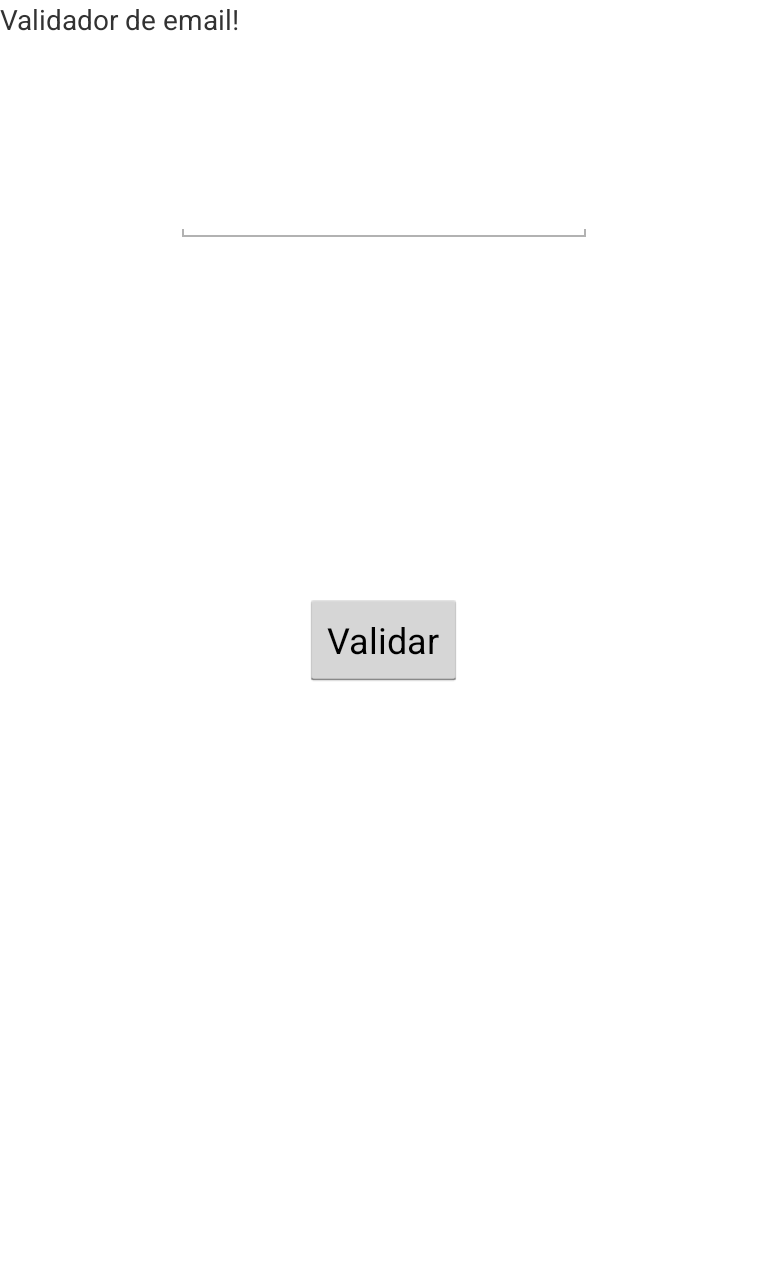
Repository: brownie-gt/SOA
Layout: Android/Validator/res/layout/activity_main.xml
The author's editor kept a copy of each file at every save. The layout is drawn from the files as they stood at one save, then again after the next save.
It is drawn on a 768 x 1280 px phone screen (xhdpi) without system bars, with theme AppTheme; the app's code is not run.

Above is the layout before, as saved 2014-05-18 13:54:31.

After the next save:
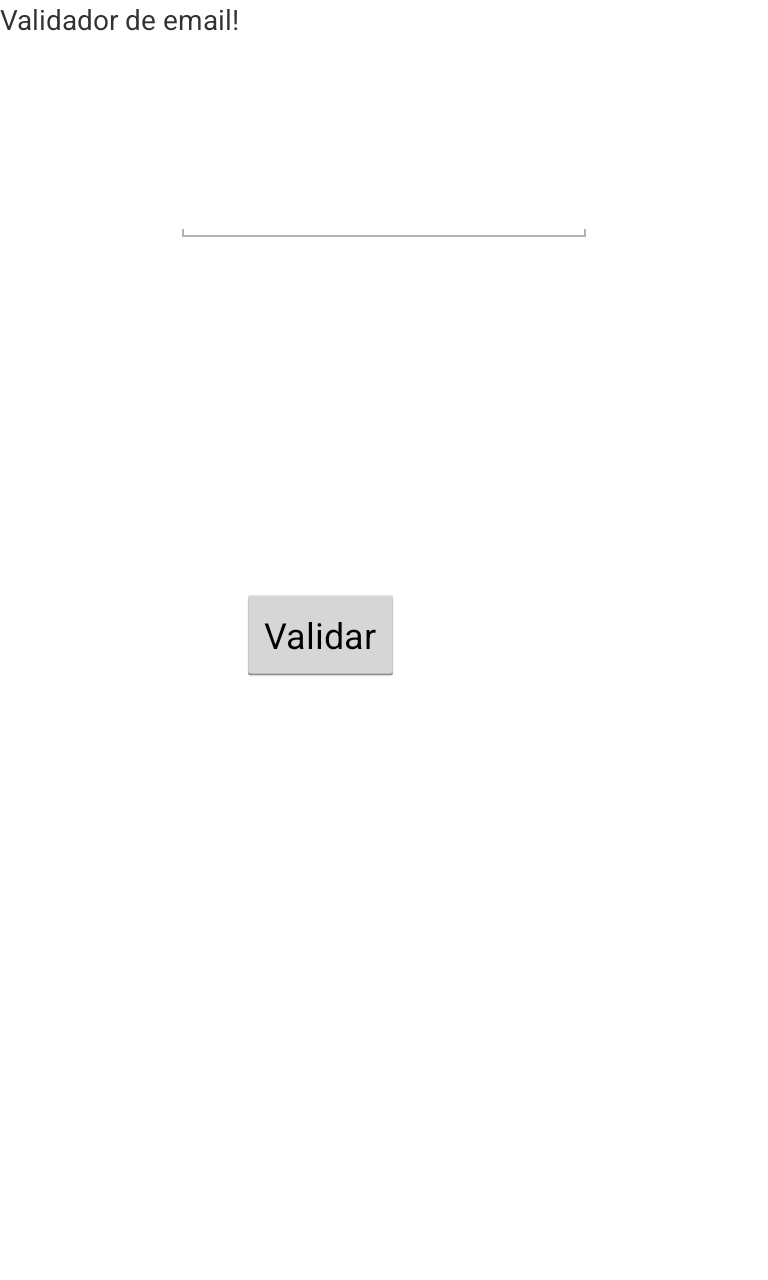
Saved 3 min 12 s later.
--- a/Android/Validator/res/layout/activity_main.xml
+++ b/Android/Validator/res/layout/activity_main.xml
@@ -26,8 +26,9 @@
         android:id="@+id/button1"
         android:layout_width="wrap_content"
         android:layout_height="wrap_content"
-        android:layout_centerHorizontal="true"
-        android:layout_centerVertical="true"
+        android:layout_below="@+id/textValidEmail"
+        android:layout_marginTop="116dp"
+        android:layout_toRightOf="@+id/textView1"
         android:text="Validar" />
 
     <TextView
@@ -35,6 +36,7 @@
         android:layout_width="wrap_content"
         android:layout_height="wrap_content"
         android:layout_below="@+id/textEmail"
-        android:layout_centerHorizontal="true" />
+        android:layout_centerHorizontal="true"
+        android:layout_marginTop="36dp" />
 
 </RelativeLayout>
